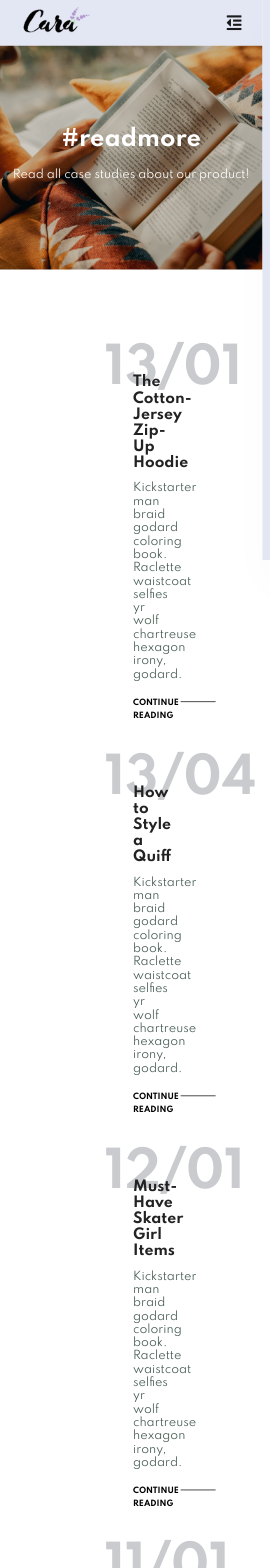
Repository: MinhNhatIT2901/Ecommerce
Page: blog.html
An editor plug-in stored every save of this project. The page is shown before and after the next save, followed by the edit.
The browser window is 375 px wide. The page is 386 px wide, so the pictures cover 386 px, including what lies to the right of the window. The pictures show the part of the page from y = 0 to 2240 px (the page is 4591 px tall before and 4613 px after), at 70% of full size.
Some web libraries are served in a nearby version.

Above is the page before, as saved 2022-01-08 23:05:49.

### blog.html
<!DOCTYPE html>
<html lang="en">
<head>
    <meta charset="UTF-8">
    <meta http-equiv="X-UA-Compatible" content="IE=edge">
    <meta name="viewport" content="width=device-width, initial-scale=1.0">
    <title>Ecommerce</title>
    <link rel="stylesheet" href="https://pro.fontawesome.com/releases/v5.10.0/css/all.css" integrity="sha384-AYmEC3Yw5cVb3ZcuHtOA93w35dYTsvhLPVnYs9eStHfGJvOvKxVfELGroGkvsg+p" crossorigin="anonymous"/>
    <link rel="stylesheet" href="style.css">
</head>
<body>

    <section id="header">
        <a href="">
            <img src="imgs/img/logo.png" alt="" class="logo">
        </a>
        <div>
            <ul id="navbar">
                <li><a href="index.html">Home</a></li>
                <li><a href="shop.html">Shop</a></li>
                <li><a class="active" href="blog.html">Blog</a></li>
                <li><a href="about.html">About</a></li>
                <li><a href="contact.html">Contact</a></li>
                <li id="lg-bar"><a href="cart.html"><i class="far fa-shopping-bag"></i></a></li>
                <a href="#" id="close">
                    <i class="far fa-times"></i>
                </a>
            </ul>
        </div>
        <div id="mobile">
            <a href="cart.html"><i class="far fa-shopping-bag"></i></a>
            <i id="bar" class="fas fa-outdent"></i>
        </div>
    </section>

    <section id="page-header" class="blog-header">
        <h2>#readmore</h2>
        <p>Read all case studies about our product! </p>
    </section>

    <section id="blog">
        <div class="blog-box">
            <div class="blog-img">
                <img src="imgs/img/blog/b1.jpg" alt="">
            </div>
            <div class="blog-details">
                <h4>The Cotton-Jersey Zip-Up Hoodie</h4>
                <p>Kickstarter man braid godard coloring book. Raclette waistcoat selfies
                yr wolf chartreuse hexagon irony, godard.</p>
                <a href="#">CONTINUE READING</a>
            </div>
            <h1>13/01</h1>
        </div>
        <div class="blog-box">
            <div class="blog-img">
                <img src="imgs/img/blog/b2.jpg" alt="">
            </div>
            <div class="blog-details">
                <h4>How to Style a Quiff</h4>
                <p>Kickstarter man braid godard coloring book. Raclette waistcoat selfies
                yr wolf chartreuse hexagon irony, godard.</p>
                <a href="#">CONTINUE READING</a>
            </div>
            <h1>13/04</h1>
        </div>
        <div class="blog-box">
            <div class="blog-img">
                <img src="imgs/img/blog/b3.jpg" alt="">
            </div>
            <div class="blog-details">
                <h4>Must-Have Skater Girl Items</h4>
                <p>Kickstarter man braid godard coloring book. Raclette waistcoat selfies
                yr wolf chartreuse hexagon irony, godard.</p>
                <a href="#">CONTINUE READING</a>
            </div>
            <h1>12/01</h1>
        </div>
        <div class="blog-box">
            <div class="blog-img">
                <img src="imgs/img/blog/b4.jpg" alt="">
            </div>
            <div class="blog-details">
                <h4>Runway-Inspired Trends</h4>
                <p>Kickstarter man braid godard coloring book. Raclette waistcoat selfies
                yr wolf chartreuse hexagon irony, godard.</p>
                <a href="#">CONTINUE READING</a>
            </div>
            <h1>11/01</h1>
        </div>
        <div class="blog-box">
            <div class="blog-img">
                <img src="imgs/img/blog/b6.jpg" alt="">
            </div>
            <div class="blog-details">
                <h4>AW20 Menswear Trends</h4>
                <p>Kickstarter man braid godard coloring book. Raclette waistcoat selfies
                yr wolf chartreuse hexagon irony, godard.</p>
                <a href="#">CONTINUE READING</a>
            </div>
            <h1>13/01</h1>
        </div>
    </section>

    <section id="pagination" class="section-p1">
        <a href="#">1</a>
        <a href="#">2</a>
        <a href="#"><i class="fal fa-long-arrow-alt-right"></i></a>
    </section>

    <section id="newsletter" class="section-p1 section-m1">
        <div class="newstext">
            <h4>Sign Up For Newsletters</h4>
            <p>Get E-mail uppdates about our latest shop and <span>special offers</span></p>
        </div>
        <div class="form">
            <input type="text" placeholder="Your email address">
            <button class="normal">Sign Up</button>
        </div>
    </section>

    <footer class="section-p1">
        <div class="col">
            <img  class="logo" src="imgs/img/logo.png" alt="">
            <h4>Contact</h4>
            <p><strong>Address: </strong> 562 Wellington Road, Street 32, San Francisco</p>
            <p><strong>Phone:</strong> +01 2222 365 /(+91) e1 2345 6789</p>
            <p><strong>Hours:</strong> 10:00 - 18:00, Mon - Sat</p>
            <div class="follow">
                <h4>Follow us</h4>
                <div class="icon">
                    <i class="fab fa-facebook-f"></i>
                    <i class="fab fa-twitter"></i>
                    <i class="fab fa-instagram"></i>
                    <i class="fab fa-pinterest-p"></i>
                    <i class="fab fa-youtube"></i>
                </div>
            </div>
        </div>

        <div class="col">
            <h4>About</h4>
            <a href="#">About us</a>
            <a href="#">Delivery Information</a>
            <a href="#">Privacy Policy</a>
            <a href="#">Terms & Conditions</a>
            <a href="#">Contact Us</a>
        </div>

        <div class="col">
            <h4>My Account</h4>
            <a href="#">Sign In</a>
            <a href="#">View Cart</a>
            <a href="#">My Wishlist</a>
            <a href="#">Track My Order</a>
            <a href="#">Help</a>
        </div>

        <div class="col install">
            <h4>Install App</h4>
            <p>From App Store or Google Play</p>
            <div class="row">
                <img src="imgs/img/pay/app.jpg" alt="">
                <img src="imgs/img/pay/play.jpg" alt="">
            </div>
            <p>Secured Payment Gateways </p>
            <img src="imgs/img/pay/pay.png" alt="">
        </div>
    </footer>
    <div class="copyright">
        <p>® 2021, Tech2 etc HTML CSS Ecommerce Templatek</p>
    </div>
    <script src="style.js"></script>
</body>
</html>

### style.css
@import url("https://fonts.googleapis.com/css2?family=Poppins:wght@400;500;600;700&family=Spartan:wght@400;500;600;700&display=swap");

:root {
  --primary-color: #088178;
}
* {
  padding: 0;
  margin: 0;
  box-sizing: border-box;
  font-family: "Spartan", sans-serif;
}

h1 {
  font-size: 50px;
  line-height: 64px;
  color: #222;
}

h2 {
  font-size: 46px;
  line-height: 54px;
  color: #222;
}

h4 {
  font-size: 20px;
  color: #222;
}

h6 {
  font-weight: 700;
  font-size: 12px;
}

p {
  font-size: 16px;
  color: #465b52;
  margin: 15px 0 20px 0;
}

.section-p1 {
  padding: 40px 80px;
}

.section-m1 {
  margin: 40px 0;
}

button.normal {
  font-size: 14px;
  font-weight: 600;
  padding: 15px 30px;
  color: #000;
  background-color: #fff;
  cursor: pointer;
  border-radius: 4px;
  outline: none;
  transition: 0.25s;
  border: none;
}

button.white {
  font-size: 13px;
  font-weight: 600;
  padding: 11px 18px;
  color: #fff;
  background-color: transparent;
  cursor: pointer;
  outline: none;
  transition: 0.25s;
  border: 1px solid #fff;
  transition: 0.25s ease;
}

body {
  width: 100%;
}

/* Header */
#header {
  display: flex;
  align-items: center;
  justify-content: space-between;
  padding: 20px 80px;
  background: #e3e6f3;
  box-shadow: 0 5px 15px rgba(0, 0, 0, 0.06);
  z-index: 100;
  position: sticky;
  top: 0;
  left: 0;
}

#navbar {
  display: flex;
  align-items: center;
  justify-content: center;
}

#navbar li {
  list-style: none;
  padding: 0 20px;
  position: relative;
}

#navbar li a {
  text-decoration: none;
  font-size: 16px;
  font-weight: 600;
  color: #1a1a1a;
  transition: 0.25s ease;
}

#navbar li a:hover,
#navbar li a.active {
  color: var(--primary-color);
}

#navbar li a.active::after,
#navbar li a:hover::after {
  content: "";
  width: 30%;
  height: 2px;
  position: absolute;
  bottom: -4px;
  left: 20px;
  background: var(--primary-color);
}

#mobile {
  display: none;
  align-items: center;
}

#close {
  display: none;
}

/* Page home */
#hero {
  background-image: url("imgs/img/hero4.png");
  height: 90vh;
  width: 100%;
  background-position: top 25% right 0;
  background-size: cover;
  padding: 0 80px;
  display: flex;
  align-items: flex-start;
  justify-content: center;
  flex-direction: column;
}

#hero h4 {
  padding-bottom: 15px;
}

#hero h1 {
  color: var(--primary-color);
}

#hero button {
  background-image: url("imgs/img/button.png");
  background-color: transparent;
  color: var(--primary-color);
  border: 0;
  padding: 14px 80px 14px 65px;
  background-repeat: no-repeat;
  font-weight: 700;
  font-size: 15px;
}

#feature {
  display: flex;
  align-items: center;
  justify-content: space-between;
  flex-wrap: wrap;
}

#feature .fe-box {
  width: 180px;
  text-align: center;
  padding: 25px 15px;
  box-shadow: 20px 20px 34px rgba(0, 0, 0, 0.03);
  border: 1px solid #cce7d0;
  border-radius: 4px;
  margin: 15px 0;
}

#feature .fe-box:hover {
  box-shadow: 10px 10px 54px rgba(70, 62, 221, 0.1);
  cursor: pointer;
}

#feature .fe-box img {
  width: 100%;
  margin-bottom: 10px;
}

#feature .fe-box h6 {
  padding: 9px 8px 6px 8px;
  line-height: 1;
  border-radius: 4px;
  color: #088178;
  background-color: #fddde4;
}

#feature .fe-box:nth-child(2) h6 {
  background-color: #cdebbc;
}

#feature .fe-box:nth-child(3) h6 {
  background-color: #d1e8f2;
}

#feature .fe-box:nth-child(4) h6 {
  background-color: #cdd4f8;
}

#feature .fe-box:nth-child(5) h6 {
  background-color: #f6dbf6;
}

#feature .fe-box:nth-child(6) h6 {
  background-color: #fff2e5;
}

#product1 {
  text-align: center;
}

#product1 .pro-container {
  display: flex;
  justify-content: space-between;
  padding-top: 20px;
  flex-wrap: wrap;
}

#product1 .pro {
  width: 23%;
  min-width: 250px;
  padding: 10px 12px;
  border: 1px solid #cce7d0;
  border-radius: 25px;
  cursor: pointer;
  box-shadow: 20px 20px 30px rgba(0, 0, 0, 0.02);
  margin: 15px 0;
  transition: 0.25s ease-in;
  position: relative;
}

#product1 .pro:hover {
  box-shadow: 20px 20px 30px rgba(0, 0, 0, 0.06);
}

#product1 .pro img {
  width: 100%;
  border-radius: 20px;
}

#product1 .pro .des {
  text-align: start;
  padding: 10px 0;
}

#product1 .pro .des span {
  color: #606060;
  font-size: 12px;
}

#product1 .pro .des h5 {
  padding-top: 7px;
  color: #1a1a1a;
  font-size: 14px;
}

#product1 .pro .des i {
  font-size: 12px;
  color: rgb(243, 181, 25);
}

#product1 .pro .des h4 {
  padding-top: 17px;
  font-size: 15px;
  font-weight: 700;
  color: var(--primary-color);
}

#product1 .pro .cart {
  width: 40px;
  height: 40px;
  line-height: 40px;
  border-radius: 50px;
  background-color: #e8f6ea;
  color: var(--primary-color);
  border: 1px solid #cce7d0;
  right: 10px;
  position: absolute;
  bottom: 20px;
}

#banner {
  display: flex;
  flex-direction: column;
  justify-content: center;
  align-items: center;
  text-align: center;
  background-image: url("imgs/img/banner/b2.jpg");
  width: 100%;
  height: 40vh;
  background-size: cover;
  background-position: center;
}

#banner h4 {
  color: #fff;
  font-size: 16px;
}

#banner h2 {
  color: #fff;
  font-size: 30px;
  padding: 10px 0;
}

#banner h2 span {
  color: #ef3636;
}

#banner button:hover {
  background-color: var(--primary-color);
  color: #fff;
}

#sm-banner {
  display: flex;
  justify-content: space-between;
  flex-wrap: wrap;
}

#sm-banner .banner-box {
  display: flex;
  flex-direction: column;
  justify-content: center;
  align-items: flex-start;
  background-image: url("imgs/img/banner/b17.jpg");
  min-width: 660px;
  height: 50vh;
  background-size: cover;
  background-position: center;
  padding: 30px;
}

#sm-banner h4 {
  color: #fff;
  font-size: 30px;
  font-weight: 300;
}

#sm-banner h2 {
  color: #fff;
  font-size: 28px;
  font-weight: 800;
}

#sm-banner span {
  color: #fff;
  font-size: 16px;
  font-weight: 300;
  padding-bottom: 15px;
}

#sm-banner .banner-box:hover button {
  background: var(--primary-color);
  border: 1px solid var(--primary-color);
}

#sm-banner .banner-box2 {
  background-image: url("imgs/img/banner/b10.jpg");
}

#banner3 {
  display: flex;
  justify-content: space-between;
  flex-wrap: wrap;
  padding: 0 80px;
}

#banner3 .banner-box {
  display: flex;
  flex-direction: column;
  justify-content: center;
  align-items: flex-start;
  background-image: url("imgs/img/banner/b7.jpg");
  min-width: 30%;
  height: 30vh;
  background-size: cover;
  background-position: center;
  padding: 20px;
}

#banner3 h2 {
  color: #fff;
  font-weight: 900;
  font-size: 22px;
}

#banner3 h3 {
  color: red;
  font-weight: 800;
  font-size: 15px;
}

#banner3 .banner-box2 {
  background-image: url("imgs/img/banner/b4.jpg");
}

#banner3 .banner-box3 {
  background-image: url("imgs/img/banner/b18.jpg");
}

#newsletter {
  display: flex;
  justify-content: space-between;
  flex-wrap: wrap;
  text-align: center;
  background-image: url("imgs/img/banner/b14.jpg");
  background-repeat: no-repeat;
  background-position: 20% 30%;
  background-color: #041e42;
}

#newsletter h4 {
  font-size: 22px;
  font-weight: 600;
  color: #fff;
}

#newsletter p {
  font-size: 22px;
  font-weight: 600;
  color: #818ea0;
}

#newsletter p span {
  color: #ffbd27;
}

#newsletter .form {
  display: flex;
  height: 3.123rem;
}

#newsletter input {
  padding: 0 1.25rem;
  font-size: 14px;
  border: 1px solid transparent;
  border-radius: 4px;
  outline: none;
  border-top-right-radius: 0;
  border-bottom-right-radius: 0;
}

#newsletter button {
  background-color: var(--primary-color);
  color: #fff;
  white-space: nowrap;
  border-top-left-radius: 0;
  border-bottom-left-radius: 0;
}

footer {
  display: flex;
  flex-wrap: wrap;
  justify-content: space-between;
}

footer .col {
  display: flex;
  flex-direction: column;
  align-items: flex-start;
  margin-bottom: 20px;
}

footer .logo {
  margin-bottom: 30px;
}

footer h4 {
  font-size: 14px;
  padding-bottom: 20px;
}

footer p {
  font-size: 13px;
  margin: 0 0 8px 0;
}

footer a {
  font-size: 13px;
  text-decoration: none;
  color: #222;
  margin-bottom: 10px;
}

footer .follow {
  margin-top: 20px;
}

footer .follow i {
  color: #465b52;
  padding-right: 4px;
  cursor: pointer;
}

footer .install .row img {
  border: 1px solid var(--primary-color);
  border-radius: 6px;
}

footer .install img {
  margin: 10px 0 15px 0;
}

footer .follow i:hover,
footer a:hover {
  color: var(--primary-color);
}

.copyright {
  text-align: center;
}

/* Shop */
#page-header {
  background-image: url("imgs/img/banner/b1.jpg");
  width: 100%;
  height: 40vh;
  background-size: cover;
  display: flex;
  justify-content: center;
  align-items: center;
  text-align: center;
  flex-direction: column;
  padding: 14px;
}

#page-header h2,
#page-header p {
  color: #fff;
}

#pagination {
  text-align: center;
}

#pagination a {
  text-decoration: none;
  background-color: var(--primary-color);
  padding: 15px 20px;
  border-radius: 4px;
  font-weight: 600;
  color: #fff;
}

#pagination a i {
  font-size: 16px;
  font-weight: 600;
}

/* Single Product */
#prodetails {
  display: flex;
  margin-top: 20px;
}
#prodetails .single-pro-img {
  width: 40%;
  margin-right: 50px;
}

.small-img-group {
  display: flex;
  justify-content: space-between;
}

.small-img-col {
  flex-basis: 24%;
  cursor: pointer;
}

.single-pro-details {
  width: 50%;
  padding-top: 30px;
}

.single-pro-details h4 {
  padding: 40px 0 20px 0;
}

.single-pro-details h2 {
  font-size: 26px;
}

.single-pro-details select {
  display: block;
  padding: 5px 10px;
  margin-bottom: 10px;
}

.single-pro-details input {
  width: 50px;
  height: 47px;
  padding-left: 10px;
  font-size: 16px;
  margin-right: 10px;
}

.single-pro-details input:focus {
  outline: none;
}

.single-pro-details button {
  background: var(--primary-color);
  color: #fff;
}

.single-pro-details span {
  line-height: 25px;
}

/* Blog Page */
#page-header.blog-header {
  background-image: url("imgs/img/banner/b19.jpg");
}

#blog {
  padding: 150px 150px 0 150px;
}

#blog .blog-box {
  position: relative;
  display: flex;
  align-items: center;
  width: 100%;
  padding-bottom: 90px;
}

#blog .blog-img {
  width: 50%;
  margin-right: 40px;
}

#blog img {
  width: 100%;
  height: 300px;
  object-fit: cover;
}

#blog .blog-details {
  width: 50%;
}

#blog .blog-details a {
  text-decoration: none;
  font-size: 11px;
  color: #000;
  font-weight: 700;
  position: relative;
  transition: 0.25 ease;
}

#blog .blog-details a::after {
  content: "";
  width: 50px;
  height: 1px;
  background-color: #000;
  position: absolute;
  top: 4px;
  right: -60px;
}

#blog .blog-details a:hover {
  color: var(--primary-color);
}

#blog .blog-details a:hover::after {
  background-color: var(--primary-color);
}

#blog .blog-box h1 {
  position: absolute;
  top: -40px;
  left: 0;
  font-size: 70px;
  font-weight: 700;
  z-index: -9;
  color: #c9cbce;
}
/* Reponsive Start Media */

@media (max-width: 799px) {
  .section-p1 {
    padding: 40px 40px;
  }
  #navbar {
    display: flex;
    flex-direction: column;
    align-items: flex-start;
    justify-content: flex-start;
    position: fixed;
    top: 0;
    right: -300px;
    height: 100vh;
    width: 300px;
    background-color: #e3e6f3;
    box-shadow: 0 40px 60px rgba(0, 0, 0, 0.02);
    padding: 80px 0 0 10px;
    transition: 0.25s ease;
  }

  #navbar.active {
    right: 0;
  }

  #navbar li {
    margin-bottom: 25px;
  }

  #mobile {
    display: flex;
    align-items: center;
  }

  #mobile i {
    color: #1a1a1a;
    font-size: 24px;
    padding-left: 20px;
  }

  #close {
    position: absolute;
    top: 30px;
    right: 30px;
    color: #222;
    font-size: 24px;
    display: initial;
  }

  #lg-bar {
    display: none;
  }

  #hero {
    height: 70vh;
    padding: 0 80px;
    display: flex;
    background-position: top 30% right 30%;
  }

  #feature {
    justify-content: center;
  }

  #feature .fe-box {
    margin: 15px;
  }

  #product1 .pro-container {
    justify-content: center;
  }

  #product1 .pro {
    margin: 15px;
  }

  #banner {
    height: 20vh;
  }

  #sm-banner .banner-box {
    min-width: 100%;
    height: 30vh;
  }

  #banner3 {
    padding: 0 40px;
  }

  #banner3 .banner-box {
    width: 28%;
  }

  #newsletter .form {
    width: 100%;
  }
}

@media (max-width: 477px) {
  .section-p1 {
    padding: 20px;
  }

  #header {
    padding: 10px 30px;
  }

  h1 {
    font-size: 38px;
  }

  h2 {
    font-size: 32px;
  }

  #hero {
    padding: 0 20px;
    background-position: 55%;
  }

  #feature {
    justify-content: space-between;
  }

  #feature .fe-box {
    width: 155px;
    margin: 0 0 15px 0;
  }

  #product1 .pro {
    width: 100%;
  }

  #banner {
    height: 40vh;
  }

  #sm-banner .banner-box {
    height: 40vh;
  }

  #sm-banner .banner-box2 {
    margin-top: 20px;
  }

  #banner3 {
    padding: 0 20px;
  }

  #banner3 .banner-box {
    width: 100%;
  }

  #newsletter {
    padding: 40px 20px;
  }

  #newsletter .form {
    width: 100%;
  }

  /* Single Product */
  #prodetails {
    display: flex;
    flex-direction: column;
  }
  #prodetails .single-pro-img {
    width: 100%;
    margin-right: 0px;
  }
  .single-pro-details {
    width: 100%;
  }
}

### style.js
const bar = document.getElementById('bar')
const nav = document.getElementById('navbar')
const cl = document.getElementById('close')

if (bar) {
    bar.addEventListener('click', () => {
        nav.classList.add('active')
    })
}

if (cl) {
    cl.addEventListener('click', () => {
        nav.classList.remove('active')
    })
}

After the next save:
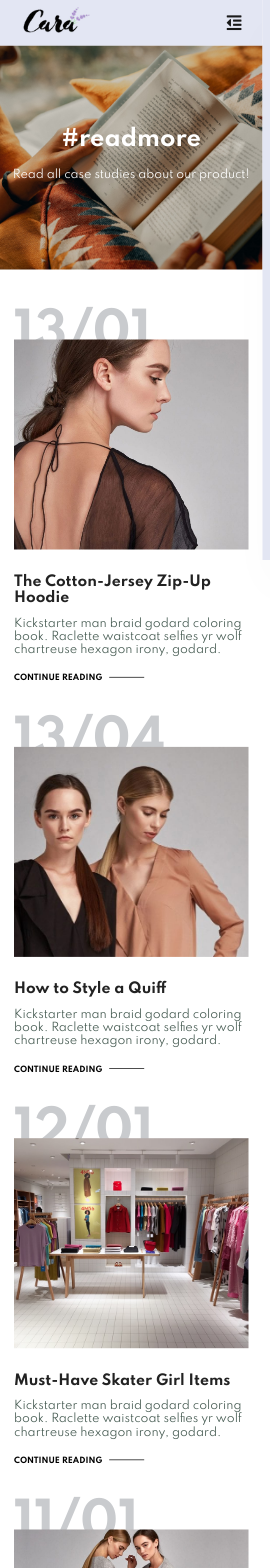
Saved 8 min 4 s later.
--- a/style.css
+++ b/style.css
@@ -868,4 +868,27 @@ footer a:hover {
   .single-pro-details {
     width: 100%;
   }
-}
+
+  /* Blog Page */
+  #blog {
+    padding: 100px 20px 0 20px;
+  }
+
+  #blog .blog-box {
+    display: flex;
+    flex-direction: column;
+    align-items: flex-start;
+  }
+
+  #blog .blog-box {
+  }
+
+  #blog .blog-img {
+    width: 100%;
+    margin-bottom: 30px;
+  }
+
+  #blog .blog-details {
+    width: 100%;
+  }
+}
